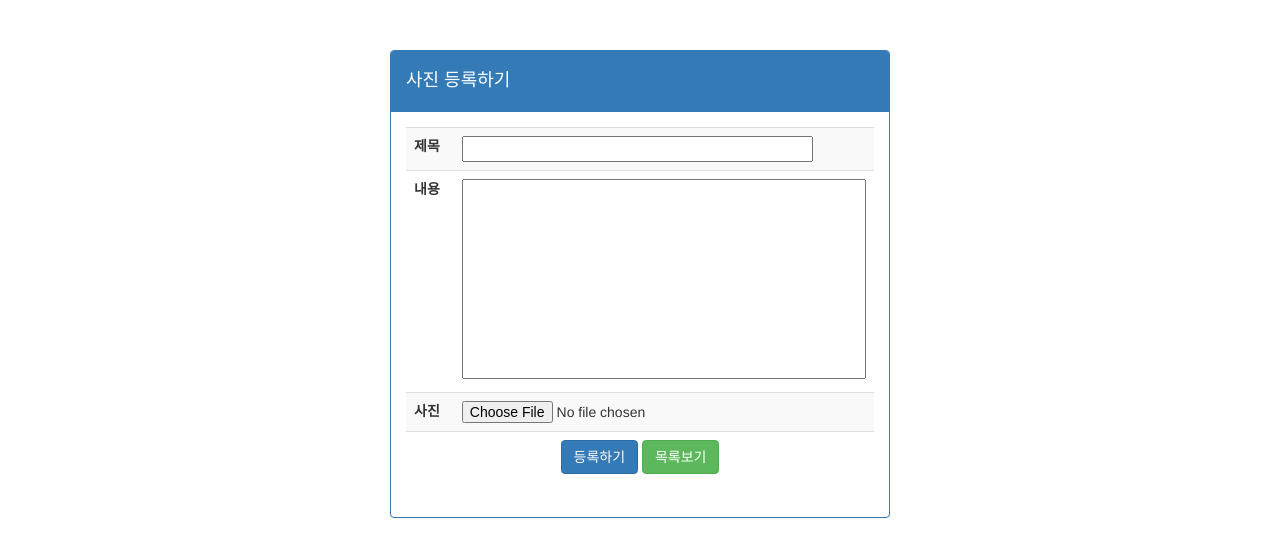
Repository: simDev1234/WebStudy
Page: http://localhost/2022_0607_PhotoGallery/photo/photo_insert_form.jsp
These files come from the project's save history. The page is drawn as it stood at one moment and after the next save; the edit follows.
The browser window is 1280 px wide. The pictures show the whole page.
The page is served by Tomcat 9.

Above is the page before, as saved 2022-06-08 03:06:02.

After the next save:
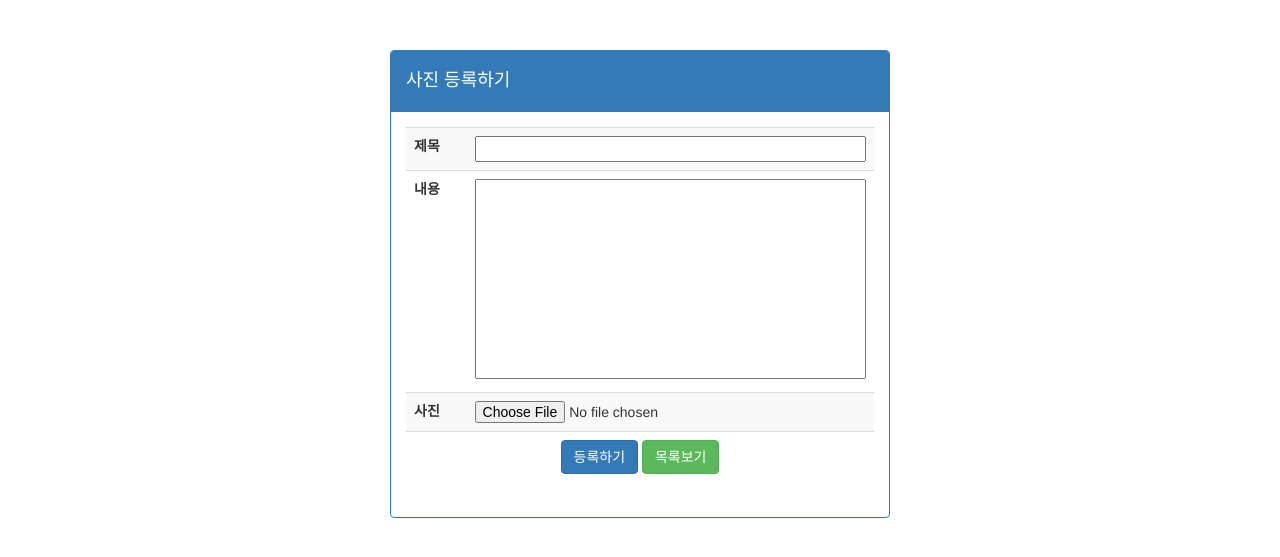
Saved 21 s later.
--- a/_01_상반기_WebStudy/2022_0607_PhotoGallery/src/main/webapp/photo/photo_insert_form.jsp
+++ b/_01_상반기_WebStudy/2022_0607_PhotoGallery/src/main/webapp/photo/photo_insert_form.jsp
@@ -31,7 +31,7 @@
 	          <table class = "table table-striped">
 	              <tr>
 	                <th>제목</th>
-	                <td><input name = "p_subject" size = "40"></td>
+	                <td><input name = "p_subject" style = "width : 100%"></td>
 	              </tr>
 	              <tr>
 	                <th>내용</th>
